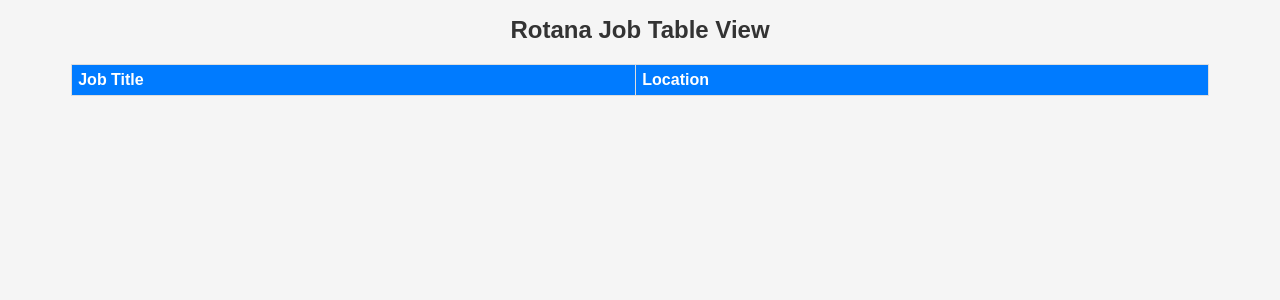
Repository: Reham28/RotanaJobs
Page: public/index.html
The author's editor kept a copy of each file at every save. The page is drawn from the files as they stood at one save, then again after the next save.
The browser window is 1280 px wide. The pictures show the whole page.
The page's requests for data from a server got no answer.

Above is the page before, as saved 2023-09-16 18:36:10.

### public/index.html
<!DOCTYPE html>
<html lang="en">
<head>
  <meta charset="UTF-8">
  <meta name="viewport" content="width=device-width, initial-scale=1.0">
  <title>Rotana Job Table View</title>
  <link rel="stylesheet" href="style.css">
</head>
<body>
  <h1>Rotana Job Table View</h1>
  <table id="jobTable">
    <thead>
      <tr>
        <th>Job Title</th>
        <th>Location</th>
      </tr>
    </thead>
    <tbody></tbody>
  </table>

  <script src="app.js"></script>
</body>
</html>

### public/style.css
body {
    font-family: Arial, sans-serif;
  }

  h1 {
    text-align: center;
  }

  table {
    border-collapse: collapse;
    width: 50%;
    margin: 0 auto;
  }

  th, td {
    border: 1px solid #ddd;
    padding: 8px;
    text-align: left;
  }

  tr:nth-child(even) {
    background-color: #f2f2f2;
  }

  #map {
    height: 500px;
    width: 80%;
    margin: 0 auto;
  }

  body {
    font-family: Arial, sans-serif;
    background-color: #f5f5f5;
  }

  .container {
    background-color: #fff;
    border-radius: 10px;
    box-shadow: 0 0 20px rgba(0, 0, 0, 0.1);
    padding: 10px;
    max-width: 800px;
    margin: 10px auto;
  }

  h1 {
    text-align: center;
    font-size: 24px;
    color: #333;
  }

  table {
    width: 90%;
    border-collapse: collapse;
    margin-top: 20px;
    background-color: #f9f9f9;
    border-radius: 8px;
  }

  th, td {
    padding: 6px 6px;
    text-align: left;
  }

  th {
    background-color: #007bff;
    color: #fff;
  }

  tr:nth-child(even) {
    background-color: #f3f0f0;
  }

  tr:hover {
    background-color: #ddd;
  }

### public/app.js
document.addEventListener('DOMContentLoaded', () => {
    const jobTable = document.getElementById('jobTable').getElementsByTagName('tbody')[0];

    fetch('/jobs')
      .then(response => response.json())
      .then(data => {
        data.forEach(job => {
          const row = jobTable.insertRow();
          const titleCell = row.insertCell(0);
          const locationCell = row.insertCell(1);

          titleCell.innerText = job.title;
          locationCell.innerText = job.location;
        });
      })
      .catch(error => console.error('Error:', error));
  });

After the next save:
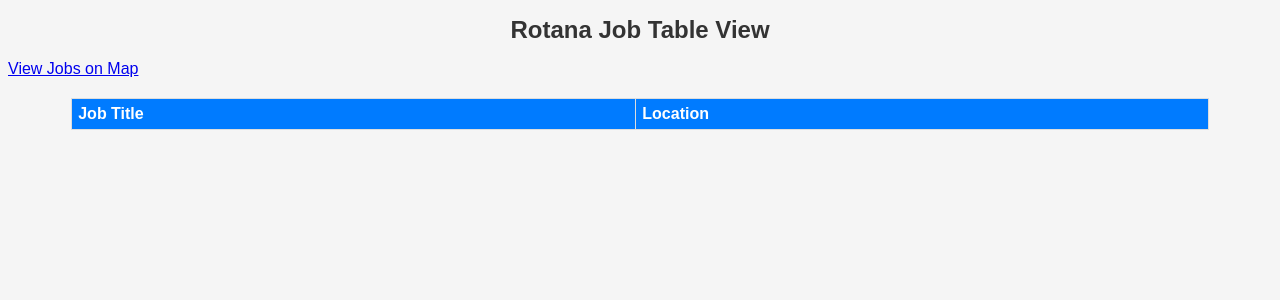
Saved 3 min 24 s later.
--- a/public/index.html
+++ b/public/index.html
@@ -3,11 +3,14 @@
 <head>
   <meta charset="UTF-8">
   <meta name="viewport" content="width=device-width, initial-scale=1.0">
-  <title>Rotana Job Table View</title>
+  <title>Rotana Jobs and location</title>
   <link rel="stylesheet" href="style.css">
 </head>
 <body>
   <h1>Rotana Job Table View</h1>
+  <div class="nav-link">
+    <a href="map.html">View Jobs on Map</a>
+  </div>
   <table id="jobTable">
     <thead>
       <tr>
